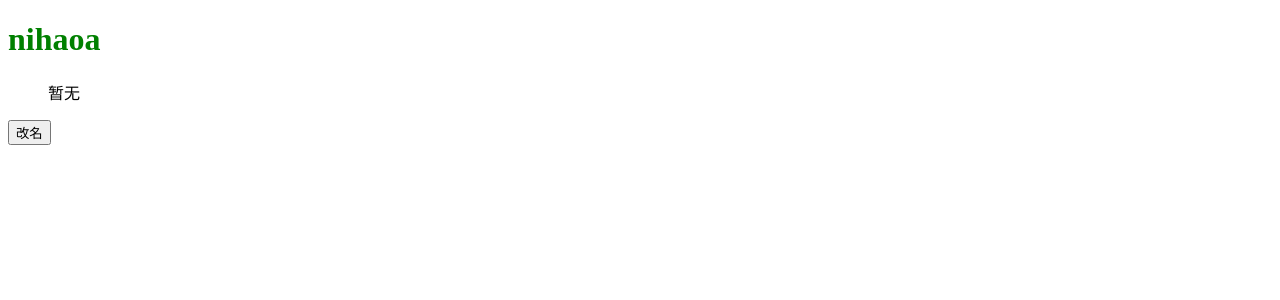
Repository: zgw88/vite-svelte
Page: /
An editor plug-in stored every save of this project. The page is shown before and after the next save, followed by the edit.
The browser window is 1280 px wide. The pictures show the whole page.
The project was rebuilt for these pictures with package versions that can differ from the ones it lists, and the page was loaded fresh each time. Also part of the build but not shown: vite.config.js, src/app.css.

Above is the page before, as saved 2022-08-08 17:00:10.

### src/App.svelte
<script>
  let name = 'nihaoa'
  let a = 111
  let b = 222
  let el1 = `<h1> ${name} </h1>`
  let color = 'pink'
  let foo = true
  let state = true
  // let list = ['1',2,3,4,5]
  // let list = [
  //   {name: 'hhhh'},
  //   {name: 'cccc'}
  // ]
  let list = []
  setTimeout(() =>{
    color = 'green'
    foo = false
    state = false
  },1000)

  const handleClick = () =>{
    name = 'henbuhao'
  }
</script>


<!-- <div title={name}>sss</div>
<div>hello {name}</div>
<span>{a} + {b} = {a + b}</span> -->
<!-- <div style="color: {color}">{@html el1}</div> -->
<!-- <div class:active={foo}>{@html el1}</div> -->
{#if state}
  <div style="color: {color}">{@html el1}</div>
{:else}
  <div style="color: {color}">{@html el1}</div>
{/if}
<ul>
  {#each list as {name}}
    <li>{`${name} -- ${name}`}</li>
    {:else}
    <div>暂无</div>
  {/each}
</ul>
<button on:click={handleClick}>改名</button>


<style>
  .active{
    color: red;
  }
</style>

Loaded but not shown: index.html (common file); src/main.js (common file)

After the next save:
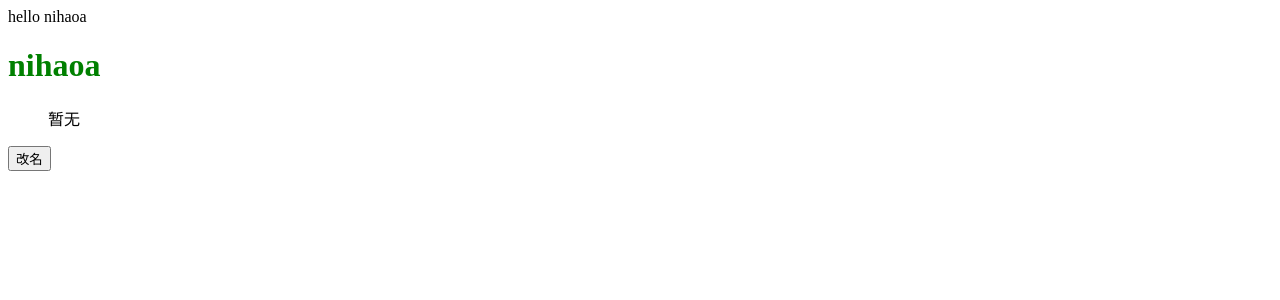
Saved 70 s later.
--- a/src/App.svelte
+++ b/src/App.svelte
@@ -24,9 +24,9 @@
 </script>
 
 
-<!-- <div title={name}>sss</div>
+<!-- <div title={name}>sss</div> -->
 <div>hello {name}</div>
-<span>{a} + {b} = {a + b}</span> -->
+<!-- <span>{a} + {b} = {a + b}</span> -->
 <!-- <div style="color: {color}">{@html el1}</div> -->
 <!-- <div class:active={foo}>{@html el1}</div> -->
 {#if state}
@@ -41,7 +41,7 @@
     <div>暂无</div>
   {/each}
 </ul>
-<button on:click={handleClick}>改名</button>
+<button on:click|once={handleClick}>改名</button>
 
 
 <style>
